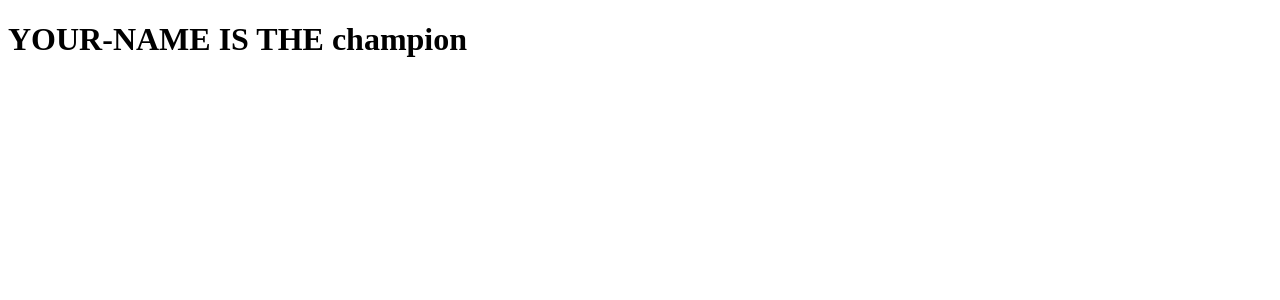
Repository: travinne/travthegr88
Page: development/code/phase-1/phase-0-the-dom-modifying-elements-lab/index.html
An editor plug-in stored every save of this project. The page is shown before and after the next save, followed by the edit.
The browser window is 1280 px wide. The pictures show the whole page.

Above is the page before, as saved 2025-03-21 15:17:34.

### development/code/phase-1/phase-0-the-dom-modifying-elements-lab/index.html
<!DOCTYPE html>
<html>
  <head>
    <title>Creating and Inserting DOM Elements</title>
  </head>
  <script type="application/javascript">
  </script>
  <body>
    <main id="main"></main>
    <script type="text/javascript" src="index.js"></script>
  </body>
</html>

### development/code/phase-1/phase-0-the-dom-modifying-elements-lab/index.js
document.getElementById('main').remove();
const newHeader = document.createElement('h1');
newHeader.id = 'victory';
newHeader.textContent = 'YOUR-NAME IS THE champion';
document.body.appendChild(newHeader);

After the next save:
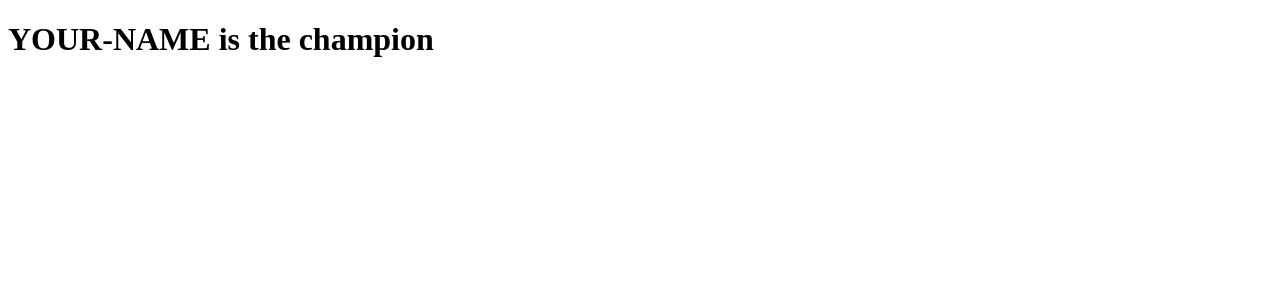
Saved 19 s later.
--- a/development/code/phase-1/phase-0-the-dom-modifying-elements-lab/index.js
+++ b/development/code/phase-1/phase-0-the-dom-modifying-elements-lab/index.js
@@ -1,5 +1,5 @@
 document.getElementById('main').remove();
 const newHeader = document.createElement('h1');
 newHeader.id = 'victory';
-newHeader.textContent = 'YOUR-NAME IS THE champion';
+newHeader.textContent = 'YOUR-NAME is the champion';
 document.body.appendChild(newHeader);
